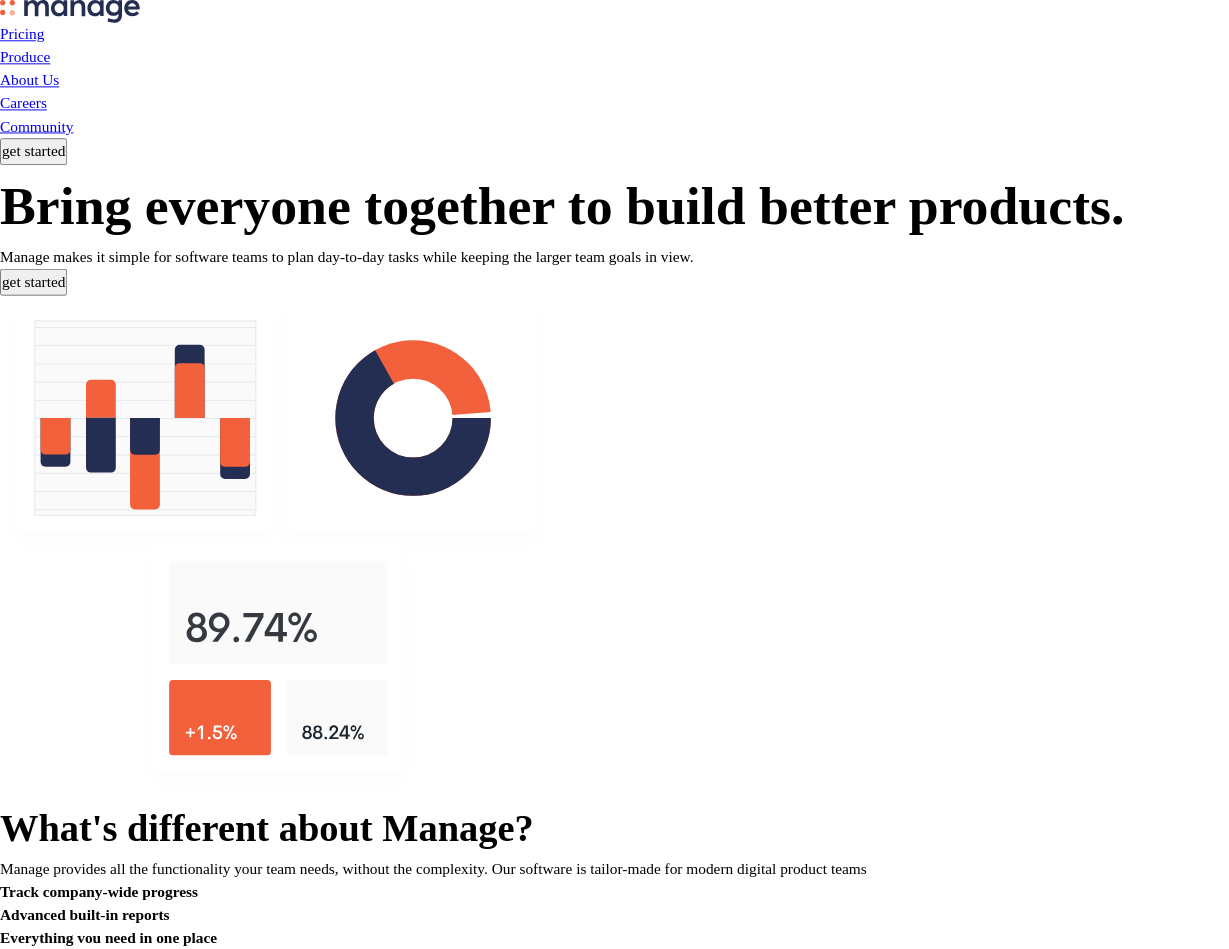
Repository: anthonybrown/website-practice
Page: index.html
The author's editor kept a copy of each file at every save. The page is drawn from the files as they stood at one save, then again after the next save.
The browser window is 1280 px wide. The pictures show the whole page, at 96% of full size.

Above is the page before, as saved 2023-04-18 13:26:40.

After the next save:
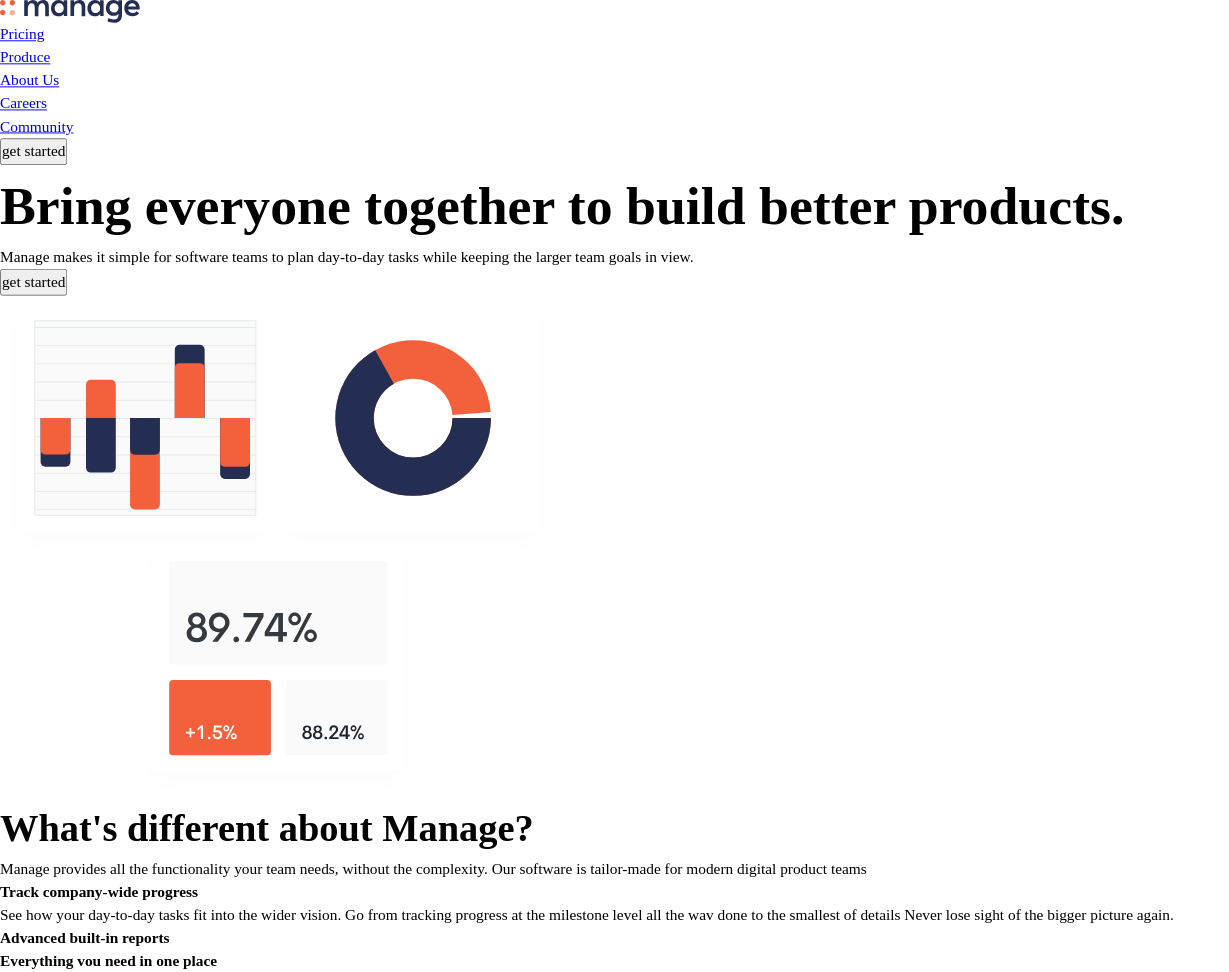
Saved 37 s later.
--- a/index.html
+++ b/index.html
@@ -68,12 +68,18 @@
             <ul role="list">
               <li>
                 <h3 class="fs-600 fw-bold">Track company-wide progress</h3>
+                <p>
+                  See how your day-to-day tasks fit into the wider vision. Go from tracking progress at the milestone
+                  level all the wav done to the smallest of details Never lose sight of the bigger picture again.
+                </p>
               </li>
               <li>
                 <h3 class="fs-600 fw-bold">Advanced built-in reports</h3>
+                <p></p>
               </li>
               <li>
                 <h3 class="fs-600 fw-bold">Everything vou need in one place</h3>
+                <p></p>
               </li>
             </ul>
           </div>
